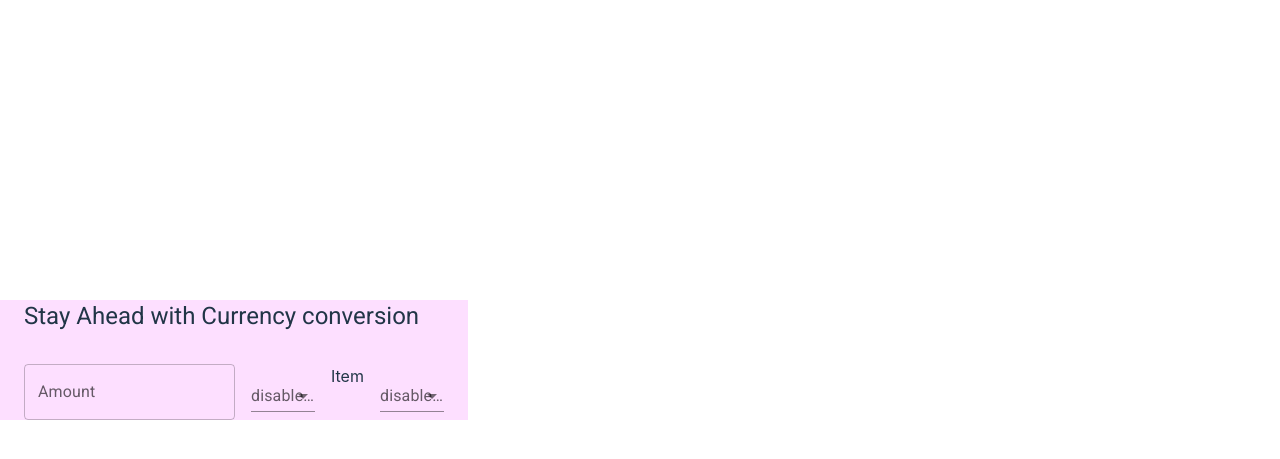
Repository: Asad-devv/CURRENCY
Page: /
An editor plug-in stored every save of this project. The page is shown before and after the next save, followed by the edit.
The browser window is 1280 px wide. The pictures show the whole page.
The project was rebuilt for these pictures with package versions that can differ from the ones it lists, and the page was loaded fresh each time. Also part of the build but not shown: craco.config.js.

Above is the page before, as saved 2023-03-01 22:16:55.

After the next save:
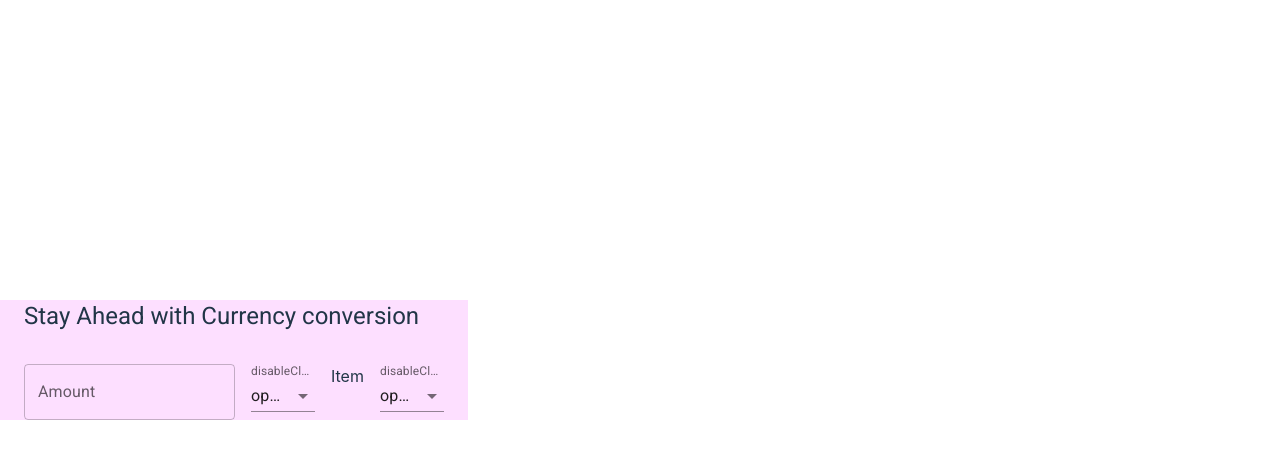
Saved 5 s later.
--- a/src/components/selectCountry.jsx
+++ b/src/components/selectCountry.jsx
@@ -5,7 +5,7 @@ const SelectCountry = () => {
     <Grid item>
     {/* <Autocomplete></Autocomplete> */}
     <Autocomplete
-        value=""
+        value="option1"
         options = {["opt1","opt2","opt3"]}
         id="disable-clearable"
         disableClearable
